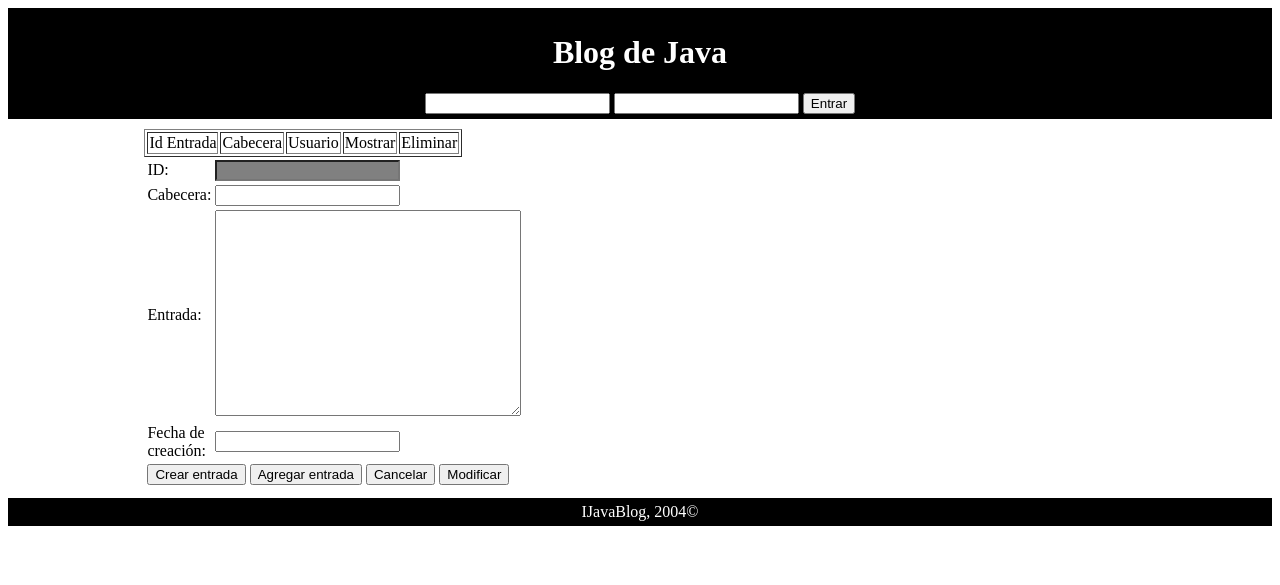
Repository: alruis/IJavaDreamBlog
Page: http://localhost/IJavaBlog/jsp/blog/inicio.jsp
The author's editor kept a copy of each file at every save. The page is drawn from the files as they stood at one save, then again after the next save.
The browser window is 1280 px wide. The pictures show the whole page.
The page is served by Tomcat 9. Nobody is signed in. The application's start-up code is not run. The template is opened directly, without the code that normally fills it, so the values that code supplies are empty.

Above is the page before, as saved 2014-09-25 07:50:53.
Console error: ReferenceError: init is not defined

After the next save:
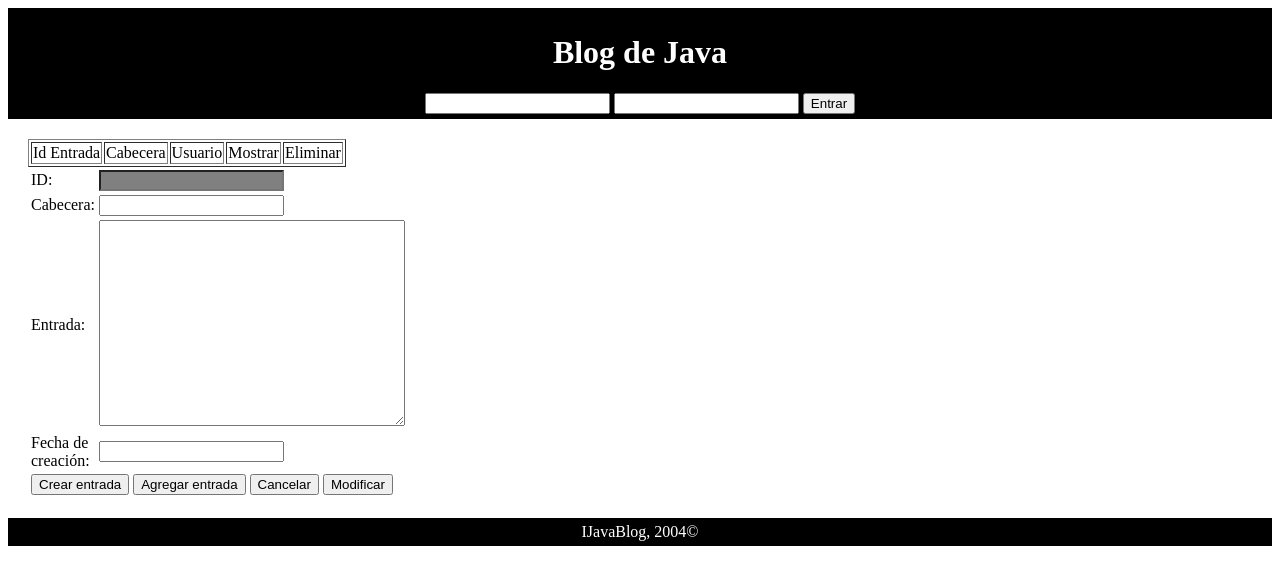
Saved 61 s later.
--- a/IJavaBlog/WebContent/jsp/blog/inicio.jsp
+++ b/IJavaBlog/WebContent/jsp/blog/inicio.jsp
@@ -38,13 +38,9 @@
 	}
 
 	div.cuerpo{
-	text-align: left;
-	<!--background-color: white; -->
-	height: 100%;
-	overflow:visible;
-	width: 80%;
-	margin-left: auto;
-	margin-right: auto;
+   width:350px;
+    float:left;
+    padding:10px;
 	}
 
 
